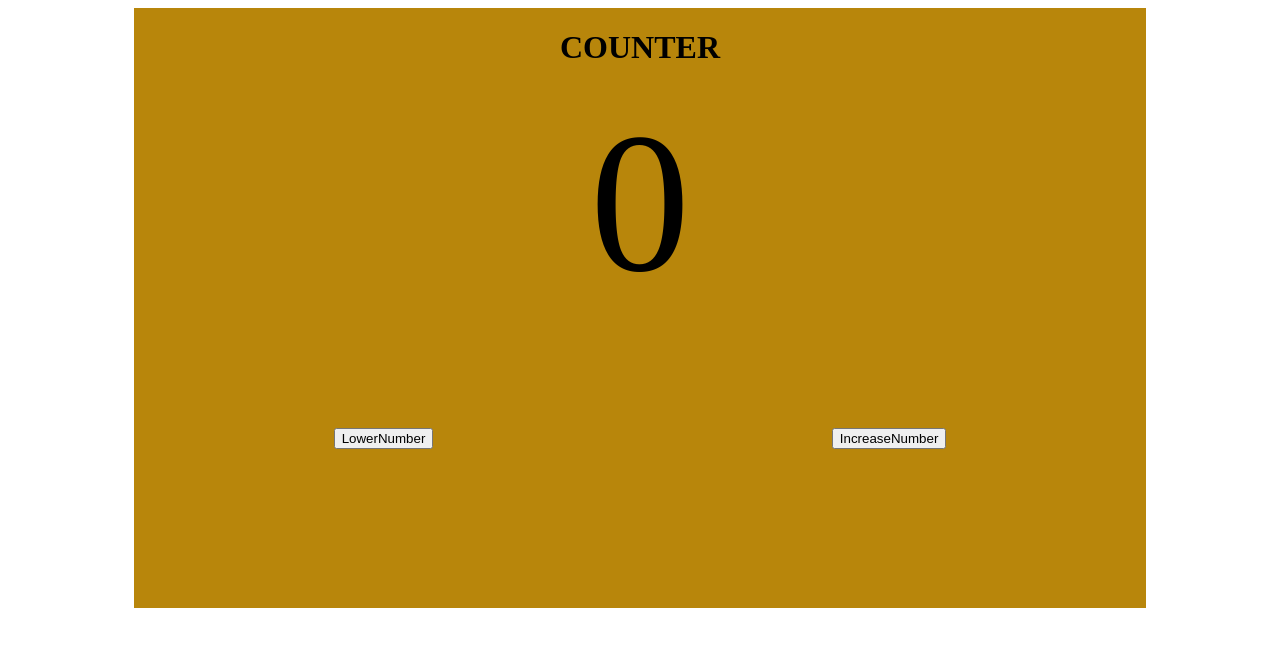
Repository: Sgalstyan06/counterNum
Page: index.html
The author's editor kept a copy of each file at every save. The page is drawn from the files as they stood at one save, then again after a run of saves.
The browser window is 1280 px wide. The pictures show the whole page.

Above is the page before, as saved 2022-02-14 16:59:24.

After the next 8 saves:
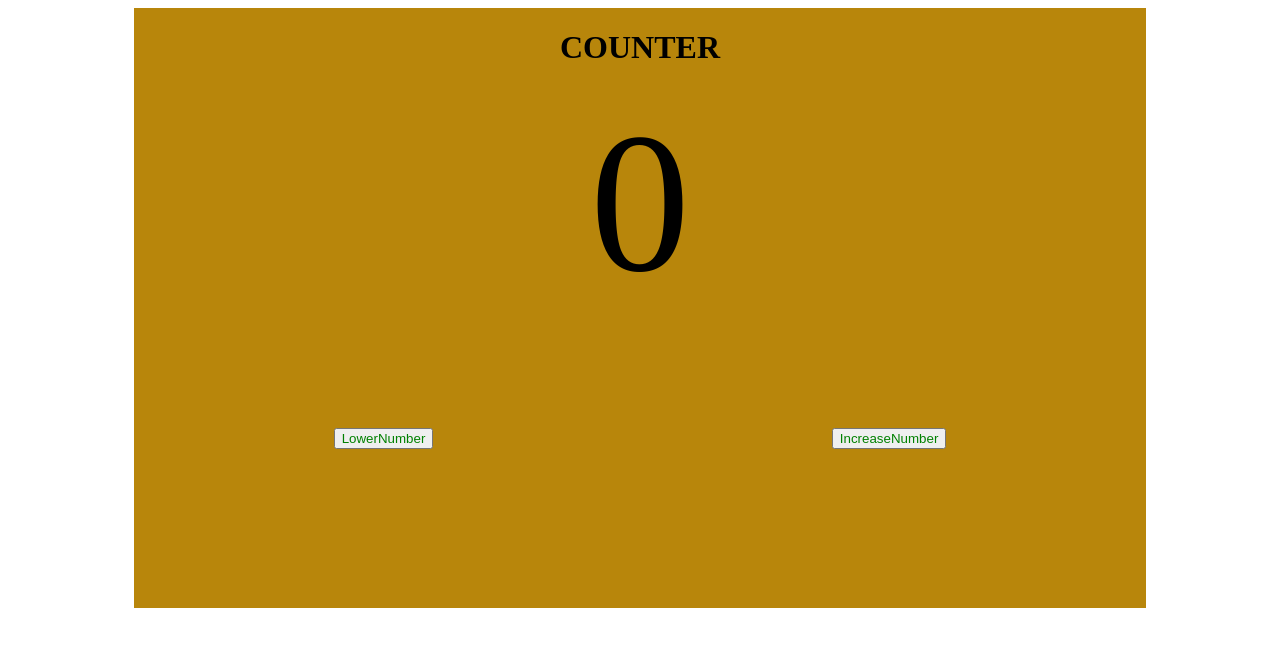
The 8 saves are shown as one change because they came seconds apart.
The last was saved 17 s later.
--- a/style.css
+++ b/style.css
@@ -25,5 +25,6 @@
 }
 
 button{
-
+    color: green;
+    border-radius: ;
 }
